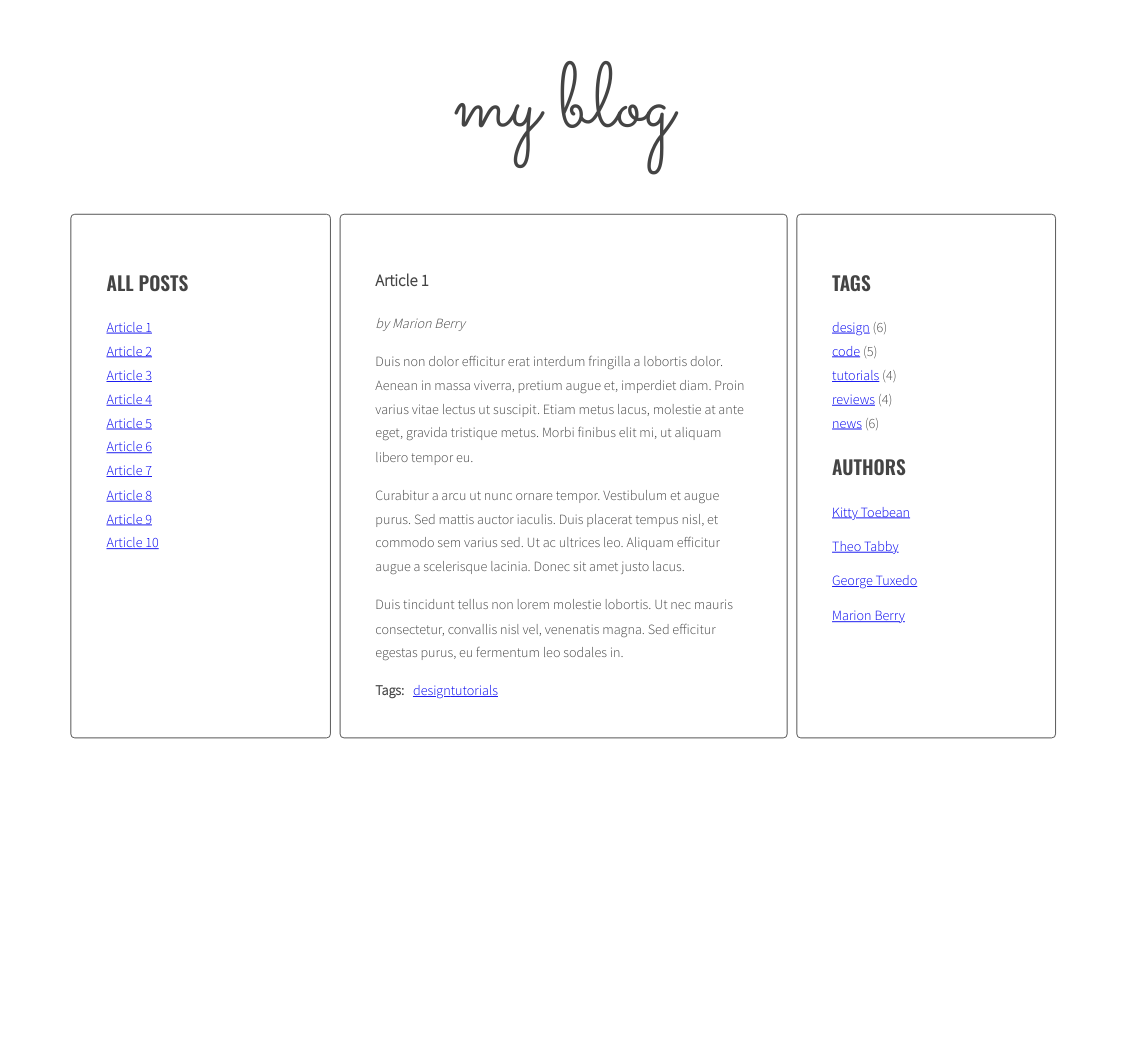
Repository: ulasup/javascript-blog
Page: index.html
These files come from the project's save history. The page is drawn as it stood at one moment and after the next save; the edit follows.
The browser window is 1280 px wide. The pictures show the whole page, at 88% of full size.
The style sheet was rebuilt from its Sass, Less or Tailwind sources for each picture, by a compiler version that may differ from the author's.

Above is the page before, as saved 2020-12-19 13:48:11.

### index.html
<!DOCTYPE html>
<html  lang="en">
    <head>
        <meta charset="UTF-8">
        <title>Film blog</title>
        <link rel="stylesheet" href="css/style.css">
    </head>
    <body>
        <div class="blog">
            <div class="container">
              <h1 class="logo">my blog</h1>
              <main class="wrapper">
                <aside class="sidebar">
                  <h2 class="section-title">All posts</h2>
                  <ul class="list titles">
                  </ul>
                </aside>
                <section class="posts">
                  <article class="post active" id="article-1" data-tags="design tutorials">
                    <h3 class="post-title">Article 1</h3>
                    <p class="post-author">by Marion Berry</p>
                    <div class="post-content">
                      <p>Duis non dolor efficitur erat interdum fringilla a lobortis dolor. Aenean in massa viverra, pretium augue et, imperdiet diam. Proin varius vitae lectus ut suscipit. Etiam metus lacus, molestie at ante eget, gravida tristique metus. Morbi finibus elit mi, ut aliquam libero tempor eu.</p>
                      <p>Curabitur a arcu ut nunc ornare tempor. Vestibulum et augue purus. Sed mattis auctor iaculis. Duis placerat tempus nisl, et commodo sem varius sed. Ut ac ultrices leo. Aliquam efficitur augue a scelerisque lacinia. Donec sit amet justo lacus.</p>
                      <p>Duis tincidunt tellus non lorem molestie lobortis. Ut nec mauris consectetur, convallis nisl vel, venenatis magna. Sed efficitur egestas purus, eu fermentum leo sodales in.</p>
                    </div>
                    <div class="post-tags">
                      <p><strong>Tags:</strong></p>
                      <ul class="list list-horizontal">
                      </ul>
                    </div>
                  </article>
                  <article class="post" id="article-2" data-tags="news code">
                    <h3 class="post-title">Article 2</h3>
                    <p class="post-author">by Theo Tabby</p>
                    <div class="post-content">
                      <p>Phasellus sollicitudin, arcu vel iaculis ullamcorper, quam leo viverra orci, et faucibus quam sapien vel est. Maecenas ac suscipit elit. Nullam interdum, lorem vitae venenatis pulvinar, ex dui malesuada nunc, tempus cursus enim metus vel nulla.</p>
                      <p>Integer hendrerit, eros id efficitur dapibus, ante arcu ullamcorper orci, a iaculis felis turpis at purus. Quisque sodales posuere sapien vel consectetur. Duis dui urna, commodo non ante nec, mattis dictum enim. Donec aliquam erat sed diam lobortis, vel gravida lacus laoreet. Phasellus pretium maximus mi, eu posuere justo suscipit vel.</p>
                      <p>Nam magna nisl, varius in malesuada vitae, facilisis vel metus. Proin rhoncus euismod leo dictum lobortis. Suspendisse non ante sapien.</p>
                    </div>
                    <div class="post-tags">
                      <p><strong>Tags:</strong></p>
                      <ul class="list list-horizontal">
                      </ul>
                    </div>
                  </article>
                  <article class="post" id="article-3" data-tags="news reviews design">
                    <h3 class="post-title">Article 3</h3>
                    <p class="post-author">by George Tuxedo</p>
                    <div class="post-content">
                      <p>Mauris vel pellentesque turpis, ac sodales nisl. Quisque iaculis mi velit, ut convallis tellus accumsan a. Quisque iaculis, nisi et dignissim tincidunt, nisl eros euismod nulla, finibus laoreet erat enim posuere elit.</p>
                      <p>Aenean at semper urna. Duis vel sapien molestie, egestas diam consequat, molestie nulla. Praesent a malesuada metus. Praesent et tempus leo.</p>
                      <p>Mauris in eleifend neque, vitae eleifend velit. Maecenas purus est, bibendum eget imperdiet id, dictum sed ante. Aenean a magna et eros sagittis aliquet.</p>
                    </div>
                    <div class="post-tags">
                      <p><strong>Tags:</strong></p>
                      <ul class="list list-horizontal">
                      </ul>
                    </div>
                  </article>
                  <article class="post" id="article-4" data-tags="tutorials code design">
                    <h3 class="post-title">Article 4</h3>
                    <p class="post-author">by Kitty Toebean</p>
                    <div class="post-content">
                      <p>Morbi vel cursus nulla, vel varius mauris. Suspendisse sed elit sit amet risus faucibus vestibulum ut sit amet purus. Donec orci est, condimentum ut quam quis, scelerisque fringilla ligula.</p>
                      <p>Quisque bibendum nisl id quam sagittis, id pretium dolor scelerisque. Suspendisse non odio nec velit dapibus placerat non a libero.</p>
                      <p>Vivamus at tristique ex, feugiat sagittis ex. Cras cursus, ipsum et efficitur commodo, urna sapien rutrum magna, quis sodales justo ligula eget nunc. In hac habitasse platea dictumst.</p>
                    </div>
                    <div class="post-tags">
                      <p><strong>Tags:</strong></p>
                      <ul class="list list-horizontal">
                      </ul>
                    </div>
                  </article>
                  <article class="post" id="article-5" data-tags="design reviews">
                    <h3 class="post-title">Article 5</h3>
                    <p class="post-author">by Marion Berry</p>
                    <div class="post-content">
                      <p>Suspendisse sem eros, euismod condimentum arcu ac, consequat fermentum orci. Nam convallis lacus nec interdum vestibulum. Vestibulum luctus, quam eu tristique ornare, lorem nibh sodales enim, vitae tempor dolor ante vitae tortor.</p>
                      <p>Duis venenatis metus quis luctus lobortis. In porttitor ipsum eget ligula aliquam ornare. Cras malesuada urna id volutpat sodales.</p>
                      <p>Donec lobortis ultricies turpis, eu viverra magna gravida quis. Fusce sit amet pretium nulla. Duis rutrum metus vel libero sodales, pellentesque varius ex pulvinar.</p>
                    </div>
                    <div class="post-tags">
                      <p><strong>Tags:</strong></p>
                      <ul class="list list-horizontal">
                      </ul>
                    </div>
                  </article>
                  <article class="post" id="article-6" data-tags="reviews code">
                    <h3 class="post-title">Article 6</h3>
                    <p class="post-author">by George Tuxedo</p>
                    <div class="post-content">
                      <p>Donec posuere iaculis ante sed hendrerit. Lorem ipsum dolor sit amet, consectetur adipiscing elit. Quisque hendrerit neque nec urna tincidunt, quis vehicula dui vulputate. Morbi est sapien, auctor ut lectus eu, placerat viverra lorem.</p>
                      <p>Cras consectetur at erat id accumsan. Suspendisse lacinia in nulla quis vulputate. Nunc vitae consectetur augue. Nam ut vehicula mi. Aliquam tristique, purus in hendrerit porta, elit lectus finibus mi, vel malesuada nisl lectus a libero.</p>
                      <p>Nam quis efficitur ante. Sed eget purus quis ex commodo porta eu sit amet dolor. Mauris tellus nisl, dictum nec est vitae, condimentum ornare ante. Fusce ornare hendrerit maximus. In maximus rhoncus justo.</p>
                    </div>
                    <div class="post-tags">
                      <p><strong>Tags:</strong></p>
                      <ul class="list list-horizontal">
                      </ul>
                    </div>
                  </article>
                  <article class="post" id="article-7" data-tags="code news">
                    <h3 class="post-title">Article 7</h3>
                    <p class="post-author">by Kitty Toebean</p>
                    <div class="post-content">
                      <p>Donec eleifend mauris ac nisl fermentum, ac fermentum turpis dignissim. Aliquam diam nisl, imperdiet a varius eget, lobortis sed nisi. Nullam suscipit ipsum sed magna blandit, sed pellentesque urna malesuada.</p>
                      <p>Duis vestibulum arcu et lectus viverra porta. Praesent tempor lacus eget quam mattis, sit amet venenatis diam ultrices. Morbi gravida sapien quis ligula tincidunt, vel sagittis erat ultrices.</p>
                      <p>Ut orci tellus, laoreet ac diam ut, tempus bibendum nisi. Nam egestas sagittis nibh. Curabitur tristique dui quis egestas pretium. Duis eu felis orci.</p>
                    </div>
                    <div class="post-tags">
                      <p><strong>Tags:</strong></p>
                      <ul class="list list-horizontal">
                      </ul>
                    </div>
                  </article>
                  <article class="post" id="article-8" data-tags="news design tutorials">
                    <h3 class="post-title">Article 8</h3>
                    <p class="post-author">by Theo Tabby</p>
                    <div class="post-content">
                      <p>Praesent quis imperdiet erat. Curabitur tempor sapien a interdum malesuada. Proin libero erat, sagittis a sollicitudin eget, pulvinar nec risus. Cras et suscipit sem.</p>
                      <p>Maecenas consequat diam nec sollicitudin congue. Aenean porttitor porttitor quam, condimentum interdum metus congue sed. Donec at nulla ipsum.</p>
                      <p>Mauris non congue dui. Aenean ac eros vitae massa vulputate aliquet ut ac elit. Morbi iaculis auctor nunc aliquet luctus. Nunc tincidunt sem dui, quis interdum leo pellentesque eget. Fusce id leo varius, imperdiet nunc vitae, tristique mi. Mauris quis interdum justo. Mauris auctor purus eu leo faucibus feugiat. Nulla at odio vitae leo semper blandit.</p>
                    </div>
                    <div class="post-tags">
                      <p><strong>Tags:</strong></p>
                      <ul class="list list-horizontal">
                      </ul>
                    </div>
                  </article>
                  <article class="post" id="article-9" data-tags="news tutorials">
                    <h3 class="post-title">Article 9</h3>
                    <p class="post-author">by Marion Berry</p>
                    <div class="post-content">
                      <p>Tam et facilisis purus. Donec vulputate est quis lobortis posuere. Nunc vitae lorem ut odio faucibus pulvinar nec in justo. Ut ut ante ac tellus ornare tempus. Nunc maximus, tortor et dictum convallis, nunc libero posuere leo, scelerisque ultrices arcu sapien ut tellus.</p>
                      <p>Fusce lacinia augue massa, non tincidunt tortor auctor quis. Vestibulum ut pretium nisl. Etiam id tellus tempus, commodo ligula vehicula, porta magna.</p>
                      <p>Donec fringilla blandit dolor vel aliquet. Fusce tortor sapien, lobortis eu vehicula sit amet, dignissim et lectus. In ullamcorper metus vel massa fermentum, at fermentum dui sollicitudin. Nullam lacinia elit vel tortor ullamcorper pulvinar.</p>
                    </div>
                    <div class="post-tags">
                      <p><strong>Tags:</strong></p>
                      <ul class="list list-horizontal">
                      </ul>
                    </div>
                  </article>
                  <article class="post" id="article-10" data-tags="code design news reviews">
                    <h3 class="post-title">Article 10</h3>
                    <p class="post-author">by George Tuxedo</p>
                    <div class="post-content">
                      <p>Aliquam erat volutpat. Ut non eleifend lectus. Donec suscipit tellus tempor, ornare dui id, hendrerit neque. Phasellus lacinia laoreet dui in luctus. Sed hendrerit, magna sit amet varius tempor, augue augue scelerisque est, non scelerisque mauris libero eu sapien.</p>
                      <p>Sed at sapien in quam sollicitudin aliquam. In interdum metus a mi porttitor luctus. Sed commodo, arcu id lacinia posuere, felis elit pharetra urna, at feugiat est orci sit amet libero. Quisque in nisl est. Nullam vehicula at lectus non luctus. Cras aliquam neque magna, at varius nisi egestas ut.</p>
                      <p>Rhoncus purus nulla, non auctor lacus placerat ut. Aliquam condimentum eget magna ac gravida. Etiam egestas faucibus urna et finibus. Cras vel tellus vel magna suscipit euismod. Maecenas id arcu ante. Duis iaculis scelerisque erat, at ullamcorper arcu consectetur eu. Fusce aliquam diam at arcu pharetra, vel fermentum nunc lobortis.</p>
                    </div>
                    <div class="post-tags">
                      <p><strong>Tags:</strong></p>
                      <ul class="list list-horizontal">
                      </ul>
                    </div>
                  </article>
                </section>
                <aside class="sidebar">
                  <h2 class="section-title">Tags</h2>
                  <ul class="list tags">
                    <li><a href="#">design</a> <span>(6)</span></li>
                    <li><a href="#">code</a> <span>(5)</span></li>
                    <li><a href="#">tutorials</a> <span>(4)</span></li>
                    <li><a href="#">reviews</a> <span>(4)</span></li>
                    <li><a href="#">news</a> <span>(6)</span></li>
                  </ul>
                  <h2 class="section-title">Authors</h2>
                  <ul class="list authors">
                    <li>
                      <a href="#">
                        <span class="author-name">Kitty Toebean</span>
                      </a>
                    </li>
                    <li>
                      <a href="#">
                        <span class="author-name">Theo Tabby</span>
                      </a>
                    </li>
                    <li>
                      <a href="#">
                        <span class="author-name">George Tuxedo</span>
                      </a>
                    </li>
                    <li>
                      <a href="#">
                        <span class="author-name">Marion Berry</span>
                      </a>
                    </li>
                  </ul>
                </aside>
              </main>
            </div>
          </div>
    <script src="js/script.js"></script>
    </body>
</html>

### js/script.js
'use strict';

function titleClickHandler(event){
  event.preventDefault();

  const activeLinks = document.querySelectorAll('.titles a.active');
  for(let activeLink of activeLinks){
    activeLink.classList.remove('active');
  }

  const clickedElement = this;
  clickedElement.classList.add('active');

  const activeArticles = document.querySelectorAll('.post.active');
  for(let activeArticle of activeArticles){
    activeArticle.classList.remove('active');
  }

  const attribute = clickedElement.getAttribute('href');
  const clickedArticles = document.querySelectorAll(attribute);
  for(let clickedArticle of clickedArticles){
    clickedArticle.classList.add('active');
  }
}

const optArticleSelector = '.post',
  optTitleSelector = '.post-title',
  optTitleListSelector = '.titles',
  optArticleTagsSelector = '.post-tags .list';

function generateTitleLinks(){

  const titleList = document.querySelector(optTitleListSelector);
  titleList.innerHTML = '';

  const articles = document.querySelectorAll(optArticleSelector);
  let html = '';
  for (let article of articles){
    const articleId = article.getAttribute('id');
    const articleTitle = article.querySelector(optTitleSelector).innerHTML;
    const linkHTML = '<li><a href="#' + articleId + '"><span>' + articleTitle + '</span></a></li>';
    html = html + linkHTML;
  }
  titleList.innerHTML = html;

  const links = document.querySelectorAll('.titles a');
  for(let link of links){
    link.addEventListener('click', titleClickHandler);
  }
}

generateTitleLinks();


function generateTags(){
  const articles = document.querySelectorAll(optArticleSelector);
  for (let article of articles){
    const tagList = article.querySelector(optArticleTagsSelector);
    let html = '';
    const articleTags = article.getAttribute('data-tags');
    const articleTagsArray = articleTags.split(' ');
    for (let tag of articleTagsArray){
      const linkHTML = '<li><a href="#tag-' + tag + '"><span>' + tag + ' ' + '</span></a></li>';
      html = html + linkHTML;
    }
    tagList.innerHTML = html;
  }
}

generateTags();

### sass/style.scss
@import url('https://fonts.googleapis.com/css?family=Oswald:400,600|Sacramento|Source+Sans+Pro:300&subset=latin-ext');

/* Variables */

$color-light: #fff;
$color-dark: #444;

$font-logo: 'Sacramento', cursive;
$font-header: 'Oswald', sans-serif;
$font-text: 'Source Sans Pro', sans-serif;

/* Global */

*, *::before, *::after {
  box-sizing: border-box;
}

body {
  background: $color-light;
  font-family: $font-text;
  color: $color-dark;
  font-weight: 300;
  font-size: 16px;
  line-height: 1.7;
}

.container {
  max-width: 1140px;
  margin: 0 auto;
}

.section-title {
  font-size: 22px;
  text-transform: uppercase;
  font-family: $font-header;
  font-weight: 600;

  span {
    text-transform: none;
    font-weight: 400;
    color: lighten($color-dark, 20%);
  }
}

/* Layout */

.wrapper {
  display: flex;
  margin-left: 10px;
}

.sidebar {
  flex: 1 0 0;
}

.posts {
  flex: 2 0 0;
}

.sidebar, .posts {
  background: $color-light;
  margin-right: 10px;
  padding: 40px;
  border: 1px solid $color-dark;
  border-radius: 5px;
}

/* Logo */

.logo {
  font-family: $font-logo;
  font-weight: 400;
  font-size: 104px;
  line-height: 1;
  text-align: center;
}

/* Lists */

.list {
  list-style-type: none;
  margin: 0;
  padding: 0;

  .active {
    font-weight: bold;
  }
}

.list-horizontal {
  li {
    display: inline-block;
  }
}

/* Authors */

.authors {
  li {
    margin-bottom: 12px;
  }
}

/* Post */

.post {
  z-index: 1;
  position: absolute;
  opacity: 0;

  &.active {
    z-index: 2;
    position: relative;
    opacity: 1;
    transition: opacity 1s;
  }
}

.post-author {
  font-style: italic;
}

.post-tags {
  display: flex;

  p {
    margin: 0 10px 0 0;
  }
}

After the next save:
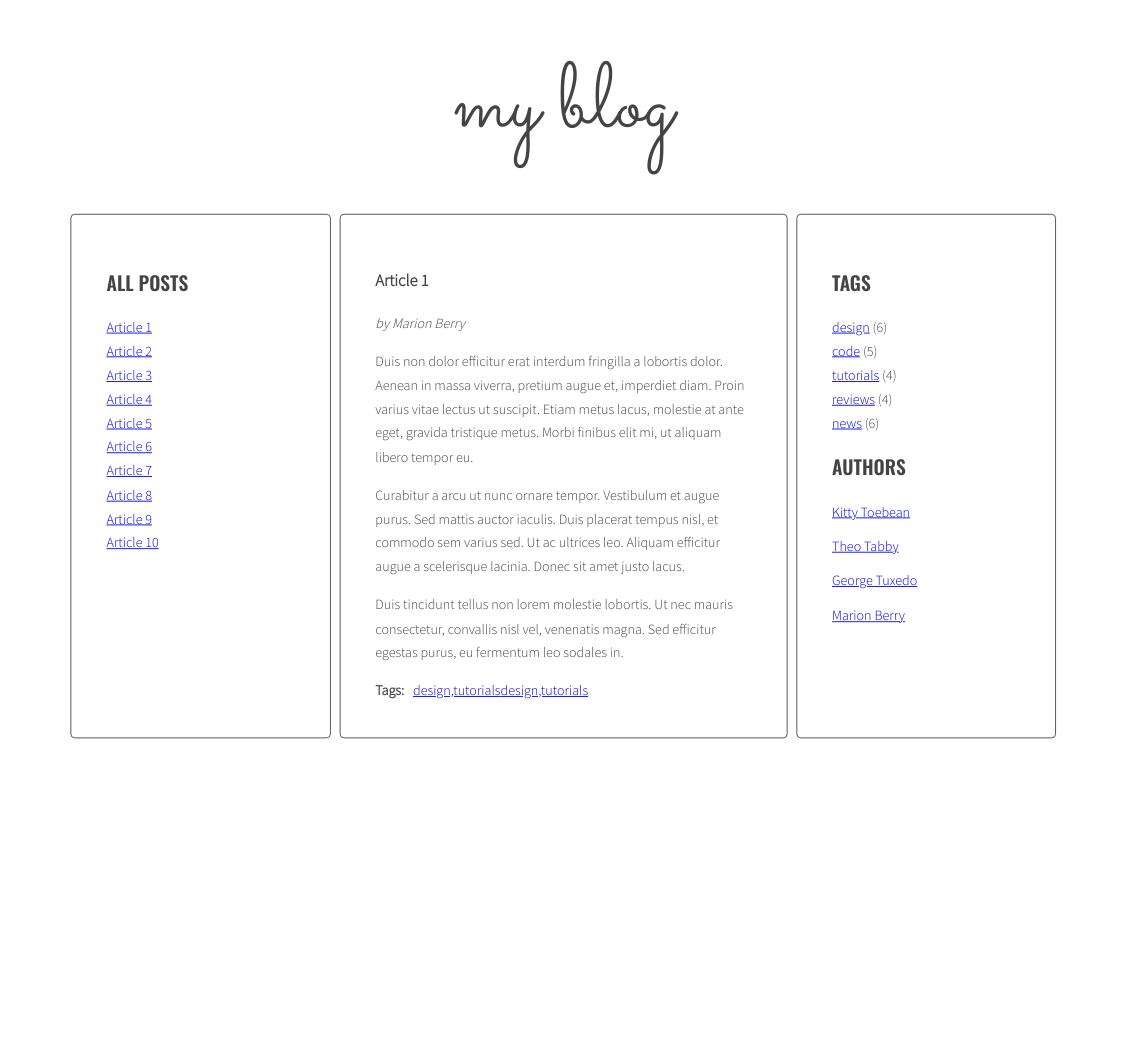
Saved 43 s later.
--- a/js/script.js
+++ b/js/script.js
@@ -60,7 +60,7 @@
     const articleTags = article.getAttribute('data-tags');
     const articleTagsArray = articleTags.split(' ');
     for (let tag of articleTagsArray){
-      const linkHTML = '<li><a href="#tag-' + tag + '"><span>' + tag + ' ' + '</span></a></li>';
+      const linkHTML = '<li><a href="#tag-' + tag + '"><span>' + articleTagsArray + '</span></a></li>';
       html = html + linkHTML;
     }
     tagList.innerHTML = html;

After the save that followed:
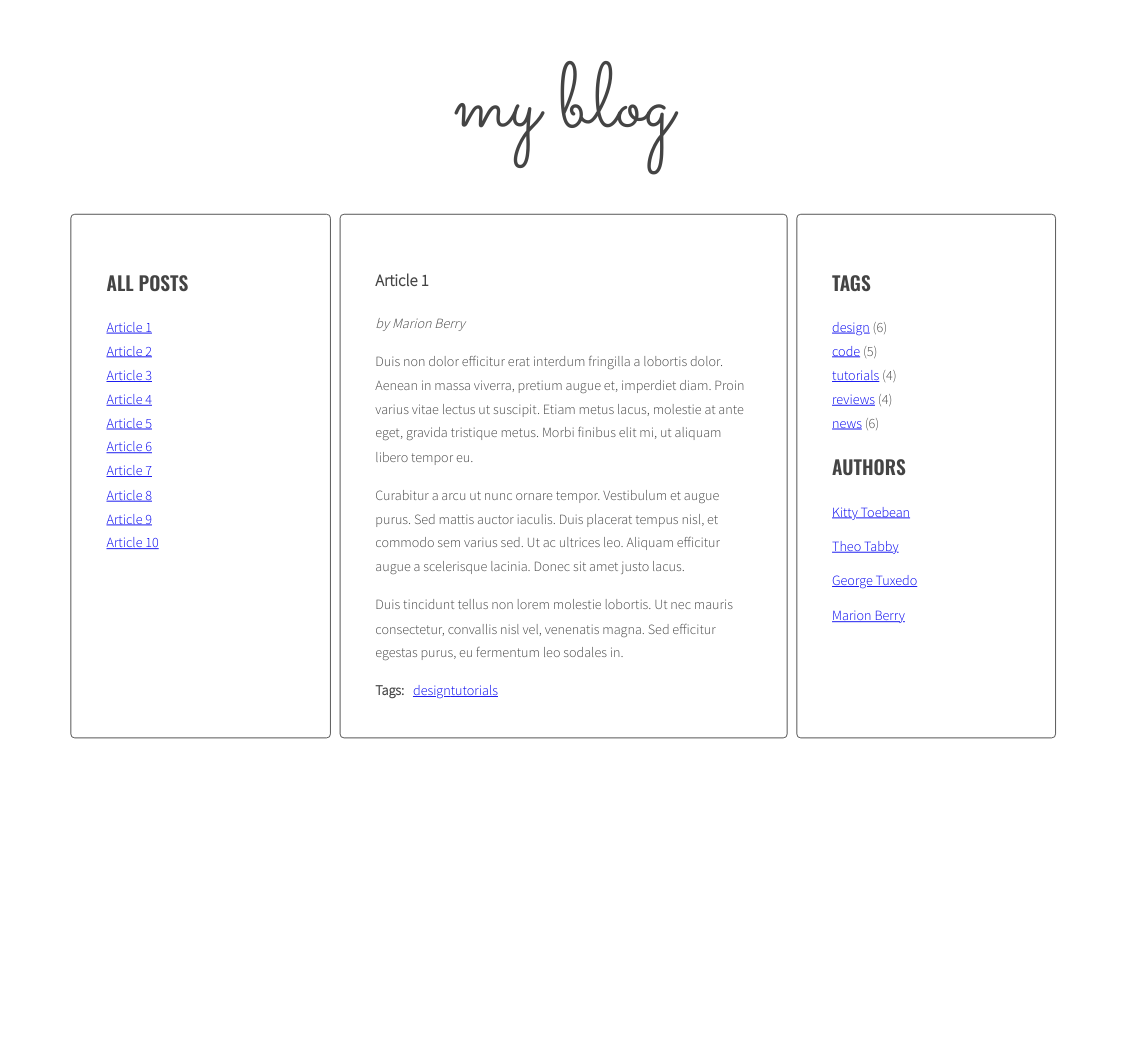
Saved 91 s later.
--- a/js/script.js
+++ b/js/script.js
@@ -60,7 +60,7 @@
     const articleTags = article.getAttribute('data-tags');
     const articleTagsArray = articleTags.split(' ');
     for (let tag of articleTagsArray){
-      const linkHTML = '<li><a href="#tag-' + tag + '"><span>' + articleTagsArray + '</span></a></li>';
+      const linkHTML = '<li><a href="#tag-' + tag + '"><span>' + tag + '</span></a></li>';
       html = html + linkHTML;
     }
     tagList.innerHTML = html;
